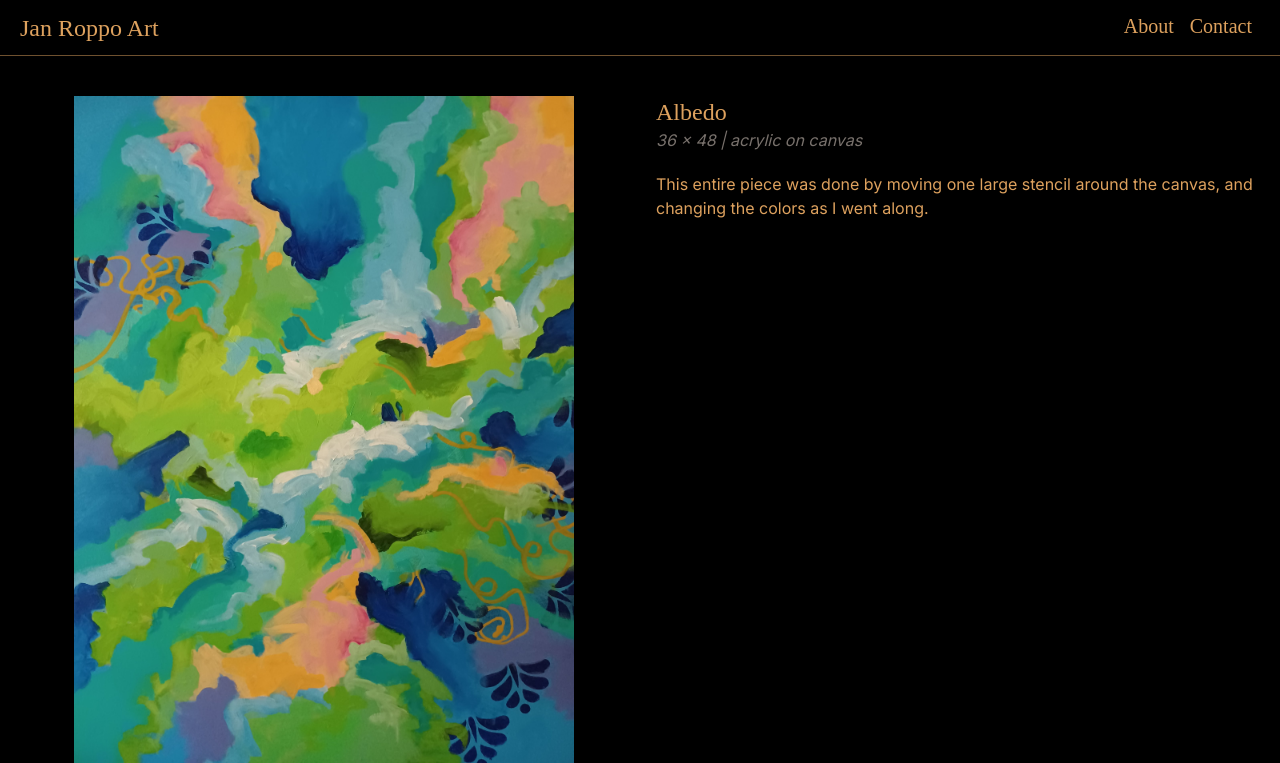
Repository: YanceMcFinn/JRArt
Page: /works/albedo
An editor plug-in stored every save of this project. The page is shown before and after the next save, followed by the edit.
The browser window is 1280 px wide. The pictures show the whole page.
The project was rebuilt for these pictures with package versions that can differ from the ones it lists, and the page was loaded fresh each time. The framework's server and built-in components were replaced by stand-ins that run in the browser. Also part of the build but not shown: next.config.js.

Above is the page before, as saved 2023-10-17 22:42:43.

### app/layout.js
import './globals.css'
import { Inter } from 'next/font/google'

import Navbar from './components/Navbar'

const inter = Inter({ subsets: ['latin'] })

export const metadata = {
  title: 'Jan Roppo Art',
  description: 'The art of Jan Roppo',
}

export default function RootLayout({ children }) {
  return (
    <html lang="en">
      <body className={inter.className}>
        <Navbar />
        {children}
      </body>
    </html>
  )
}

### app/works/[title]/page.js
import data from '../../../json/works.json'

import Image from 'next/image';


export function generateStaticParams() {
    let works = data
    const params = works.map((piece) => ({
      title: piece.title
    }))
    return params;
  }

function getPiece(params) {
  const piece = data.filter((piece)=> piece.title.toLowerCase().replaceAll("?","") == params.title.toLowerCase().replaceAll("%20"," "))
  return piece[0]}

export default function Work({params}){
  const piece = getPiece(params)
  console.log(piece)
  let srctest = `../../../public/static/img/${params.title.toLowerCase().replaceAll("%20", "_")}.jpg`
  const imgSrc = require(`../../../public/static/img/${params.title.toLowerCase().replaceAll("%20", "_")}.jpg`)
  return(
    <div className="flex flex-row px-2 mt-10 text-main-color">
      <div className="basis-1/2">
        <Image src={imgSrc}
          className='mx-auto'
          width={500}
          height={500}
          alt={piece.title} />
      </div>
      <div className="basis-1/2 px-4">
        <div className='text-2xl title'>{piece.title}</div>
        <div className='text-l text-stone-500 mb-5'><i>{piece.dimensions} | {piece.materials}</i></div>
        <p>{piece.description}</p>
      </div>

    </div>
  )
}

### app/globals.css
@tailwind base;
@tailwind components;
@tailwind utilities;

body {
 background-color: black;
}

.title {
    font-family: 'Macondo', cursive;
}

### app/components/Navbar.jsx
import React from "react";

const Navbar = () => {
    return(
    <>
    <div className="top w-full h-14 px-5 py-3 text-main-color border-b border-b-main-color/50">
      <div className="float-left title text-2xl">
        <a className="hover:text-white" href="/">Jan Roppo Art</a>
      </div>
      <div className="float-right title text-xl">
        <ul>
          <li className="inline px-2">
            <a href="/about" className="hover:text-white">About</a>
          </li>
          <li className="inline px-2">
            <a href="/contact" className="hover:text-white">Contact</a>
          </li>
        </ul>
      </div>
    </div>
    </>

    )
}

export default Navbar

### json/works.json
[
    {
        "title" : "Josephine",
        "id": 0,
        "dimensions": "36 x 36",
        "materials": "acrylic on canvas",
        "price": 750,
        "sold": false,
        "prints available": true,
        "description": "This started out being non-representational, and then I decided to add a figure to it. I am really enjoying using my foam rollers, and of course I added some stenciling to it."
    },
    {
        "title" : "Duo",
        "id": 0,
        "dimensions": "36 x 36",
        "materials": "acrylic on canvas",
        "price": 750,
        "sold": false,
        "prints available": true,
        "description": "This is two abstract figures in their finest red dresses, at a party somewhere fabulous."
    },
    {
        "title" : "Threshold",
        "id": 0,
        "dimensions": "24 x 36",
        "materials": "acrylic on canvas",
        "price": 600,
        "sold": false,
        "prints available": true,
        "description": "This is a figurative piece, with a stylized figure covered with stencils. There is also stenciling in the background and on the curtain. She is transitioning from one area and is poised on the threshold of something new."
    },
    {
        "title" : "Timepiece Sonata",
        "id": 0,
        "dimensions": "36 x 36",
        "materials": "acrylic on canvas",
        "price": 750,
        "sold": false,
        "prints available": true,
        "description": "This started with mark-making in charcoal, then sprayed, and then covered with a dark blue; then the other colors were added on top of that."
    },
    {
        "title" : "Tantes",
        "id": 0,
        "dimensions": "36 x 36",
        "materials": "acrylic on canvas",
        "price": 750,
        "sold": false,
        "prints available": true,
        "description": "I wanted a very tropical feel for this, something playful and whimsical, so I chose very cheerful colors and formed the figures out of areas of stenciling."
    },
    {
        "title" : "Tidepool",
        "id": 0,
        "dimensions": "16 x 16",
        "materials": "oil paint and cold wax on cradled board",
        "price": 250,
        "sold": false,
        "prints available": true,
        "description": "This piece was done with oil paint and cold wax, which is applied to the board with palette knives and scrapers. It is more textural than paint alone and can be scraped off of some areas or splattered with a thinning agent."
    },
    {
        "title" : "Ghostflower",
        "id": 0,
        "dimensions": "12 x 12",
        "materials": "oil paint and cold wax on cradled board",
        "price": 100,
        "sold": false,
        "prints available": true,
        "description": "This is another piece done with cold wax. The raised areas were done by using a stencil."
    },
    {
        "title" : "Replicant",
        "id": 6,
        "dimensions": "36 x 36",
        "materials": "acrylic on canvas",
        "price": 750,
        "sold": false,
        "prints available": false,
        "description": "This entire piece was done by moving one large stencil around the canvas, and changing the colors as I went along."
    },
    {
        "title" : "Do You Think So?",
        "id": 6,
        "dimensions": "24 x 30",
        "materials": "acrylic on canvas",
        "price": 600,
        "sold": false,
        "prints available": false,
        "description": "This was done by focusing on the features of a figure, and trying to keep it as abstract as possible."
    },
    {
        "title" : "Entr'acte",
        "id": 6,
        "dimensions": "36 x 36",
        "materials": "acrylic on canvas",
        "price": 750,
        "sold": false,
        "prints available": false,
        "description": "Here is a glamorous woman, on stage, perhaps. I used my favorite Pyrole red and some stenciling to create the beadwork on her gown."
    },
    {
        "title" : "Refractions",
        "id": 6,
        "dimensions": "30 x 40",
        "materials": "acrylic on canvas",
        "price": 700,
        "sold": false,
        "prints available": false,
        "description": "This is a non-representational piece that sort of developed by itself; I decided to mask off certain areas, and then lighten or darken whatever was next to them to create some contrast."
    },
    {
        "title" : "Refractions",
        "id": 6,
        "dimensions": "30 x 40",
        "materials": "acrylic on canvas",
        "price": 700,
        "sold": false,
        "prints available": false,
        "description": "This is a non-representational piece that sort of developed by itself; I decided to mask off certain areas, and then lighten or darken whatever was next to them to create some contrast."
    },
    {
        "title" : "Pink Dragon",
        "id": 6,
        "dimensions": "30 x 24",
        "materials": "alcohol ink on canvas",
        "price": 350,
        "sold": false,
        "prints available": false,
        "description": "This was painted as a demonstration on how to use alcohol ink. The color pink is for breast cancer awareness."
    },
    {
        "title" : "Intersection",
        "id": 6,
        "dimensions": "12 x 12",
        "materials": "alcohol ink on canvas",
        "price": 100,
        "sold": false,
        "prints available": false,
        "description": "This is a small, colorful piece, used to demonstrate the characteristics of alcohol ink."
    },
    {
        "title" : "C Minor",
        "id": 6,
        "dimensions": "20 x 24",
        "materials": "mixed media on canvas",
        "price": 250,
        "sold": false,
        "prints available": false,
        "description": "This started with a charcoal scribble, that was sprayed, and afterward acrylic paint was added to it. It felt musical to me, with the suggestion of a keyboard."
    },
    {
        "title" : "Albedo",
        "id": 0,
        "dimensions": "36 x 48",
        "materials": "acrylic on canvas",
        "price": 1000,
        "sold": false,
        "prints available": true,
        "description": "This entire piece was done by moving one large stencil around the canvas, and changing the colors as I went along."
    },
    {
        "title" : "Reflection",
        "id": 1,
        "dimensions": "24 x 24",
        "materials": "acrylic on canvas",
        "price": 300,
        "sold": false,
        "prints available": true,
        "description": "This is a nice little painting, done with some rubber cement resist, and a little bit of stenciling."
    },
    {
        "title" : "Oasis",
        "id": 2,
        "dimensions": "16 x 20",
        "materials": "acrylic on canvas",
        "price": 200,
        "sold": false,
        "prints available": true,
        "description": "This is a colorful little piece with a lot of energy and movement. It was fun to do."
    },
    {
        "title" : "Nebula",
        "id": 3,
        "dimensions": "16 x 20",
        "materials": "acrylic on canvas",
        "price": 200,
        "sold": false,
        "prints available": true,
        "description": "This is a small painting with a limited color palette, that is supposed to convey a feeling of lightness and spaciousness."
    },
    {
        "title" : "Family Time",
        "id": 4,
        "dimensions": "12 x 16",
        "materials": "acrylic on canvas",
        "price": 150,
        "sold": false,
        "prints available": true,
        "description": "This is a cheerful little painting, where the figures have been carved out of a patterned background."
    },
    {
        "title": "Sanctuary",
        "id": 5,
        "dimensions": "36 x 48",
        "materials": "acrylic on canvas",
        "price": 1000,
        "sold": true,
        "prints available": false,
        "description": "My goal with this was to see if I could successfully combine acrylic paint with areas of alcohol ink. I knew that the cells created by the ink would look like bubbles, so I decided on a watery theme, done in blues and greens."
    }
]

### tailwind.config.js
/** @type {import('tailwindcss').Config} */
module.exports = {
  content: [
    './pages/**/*.{js,ts,jsx,tsx,mdx}',
    './components/**/*.{js,ts,jsx,tsx,mdx}',
    './app/**/*.{js,ts,jsx,tsx,mdx}',
  ],
  theme: {
    extend: {
      backgroundImage: {
      },
      colors: {
        'main-color': '#dda15e'
      },
    },
  },
  plugins: [],
}

After the next save:
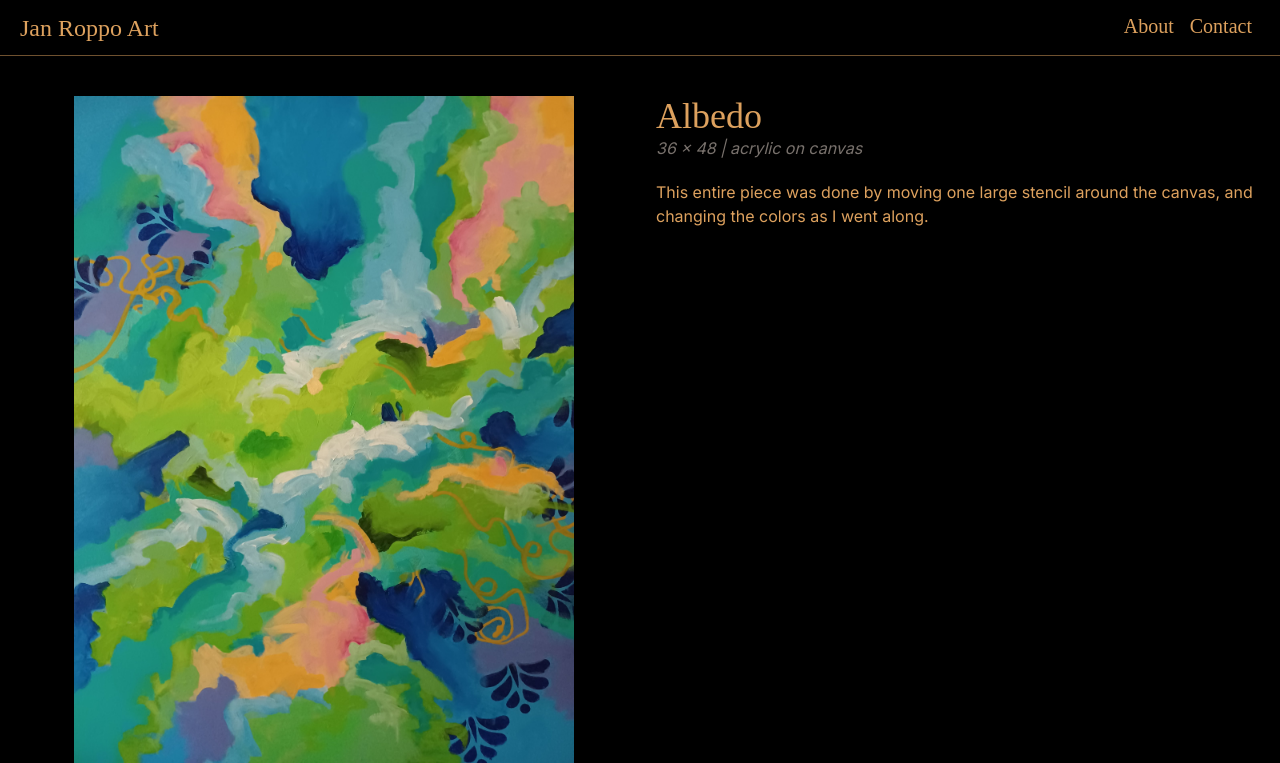
Saved 38 s later.
--- a/app/works/[title]/page.js
+++ b/app/works/[title]/page.js
@@ -30,7 +30,7 @@ export default function Work({params}){
           alt={piece.title} />
       </div>
       <div className="basis-1/2 px-4">
-        <div className='text-2xl title'>{piece.title}</div>
+        <div className='text-4xl title'>{piece.title}</div>
         <div className='text-l text-stone-500 mb-5'><i>{piece.dimensions} | {piece.materials}</i></div>
         <p>{piece.description}</p>
       </div>
